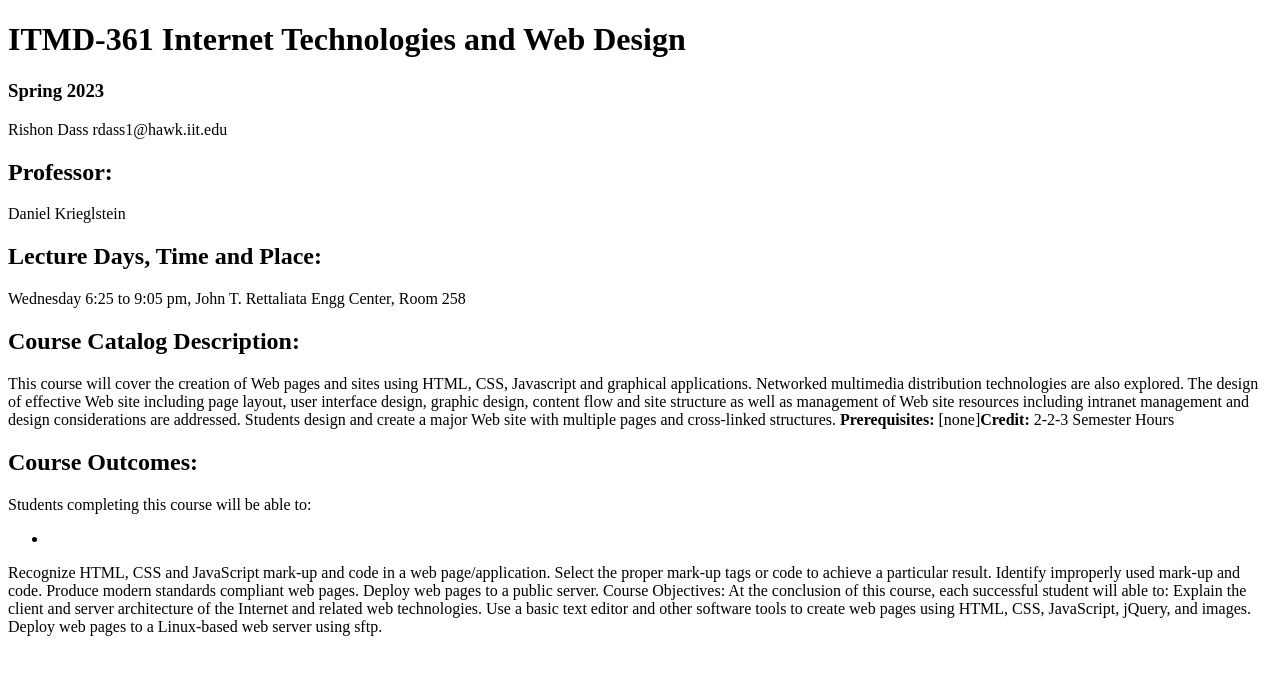
Repository: rishondass/ITMD361-Lab2
Page: lab2raw_text.html
These files come from the project's save history. The page is drawn as it stood at one moment and after a run of saves; the edit follows.
The browser window is 1280 px wide. The pictures show the whole page.

Above is the page before, as saved 2023-01-13 14:09:45.

### lab2raw_text.html
<!DOCTYPE html>
<html lang="en">
<head>
    <meta charset="UTF-8">
    <meta http-equiv="X-UA-Compatible" content="IE=edge">
    <meta name="viewport" content="width=device-width, initial-scale=1.0">
    <title>ITMD-361 Internet Technologies and Web Design</title>
</head>
<body>
    <h1>
        ITMD-361 Internet Technologies and Web Design
    </h1>
    <h3>
        Spring 2023
    </h3>
    <p>
        Rishon Dass rdass1@hawk.iit.edu
    </p>
    <h2>
        Professor:
    </h2>
    <p>
        Daniel Krieglstein
    </p>
    <h2>
        Lecture Days, Time and Place:
    </h2>
    <p>
        Wednesday 6:25 to 9:05 pm, John T. Rettaliata Engg Center, Room 258
    </p>
    <h2>
        Course Catalog Description:
    </h2>
    <p>
        This course will cover the creation of Web pages and sites using HTML, CSS, Javascript and graphical applications. Networked multimedia distribution technologies are also explored. The design of effective Web site including page layout, user interface design, graphic design, content flow and site structure as well as management of Web site resources including intranet management and design considerations are addressed. Students design and create a major Web site with multiple pages and cross-linked structures. <strong>Prerequisites:</strong> [none]<strong>Credit:</strong> 2-2-3 Semester Hours
    </p>
    <h2>
        Course Outcomes:
    </h2>
    <p>
        Students completing this course will be able to:
    </p>
    <ul>
        <li></li>
    </ul>
</body>
</html>









Recognize HTML, CSS and JavaScript mark-up and code in a web page/application.
Select the proper mark-up tags or code to achieve a particular result.
Identify improperly used mark-up and code.
Produce modern standards compliant web pages.
Deploy web pages to a public server.
Course Objectives:
At the conclusion of this course, each successful student will able to:
Explain the client and server architecture of the Internet and related web technologies.
Use a basic text editor and other software tools to create web pages using HTML, CSS, JavaScript, jQuery, and images.
Deploy web pages to a Linux-based web server using sftp.</li>

After the next 3 saves:
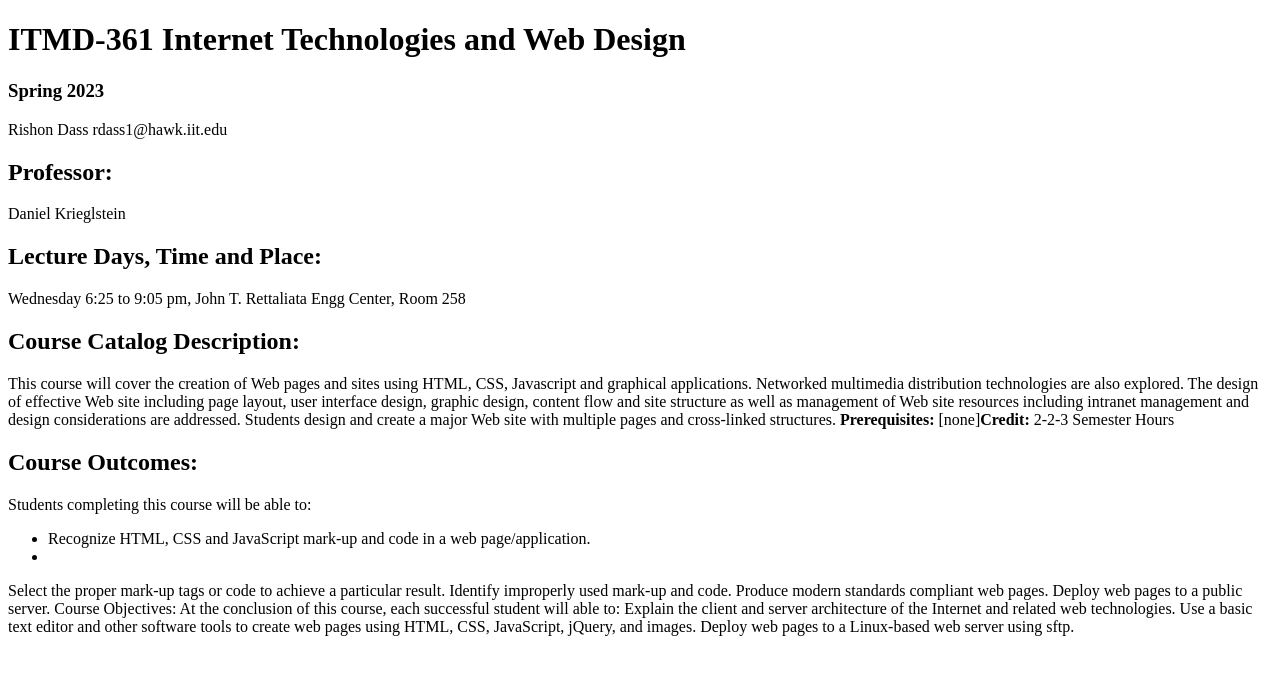
The 3 saves are shown as one change because they came seconds apart.
The last was saved 10 s later.
--- a/lab2raw_text.html
+++ b/lab2raw_text.html
@@ -41,6 +41,7 @@
         Students completing this course will be able to:
     </p>
     <ul>
+        <li>Recognize HTML, CSS and JavaScript mark-up and code in a web page/application.</li>
         <li></li>
     </ul>
 </body>
@@ -54,7 +55,7 @@
 
 
 
-Recognize HTML, CSS and JavaScript mark-up and code in a web page/application.
+
 Select the proper mark-up tags or code to achieve a particular result.
 Identify improperly used mark-up and code.
 Produce modern standards compliant web pages.
